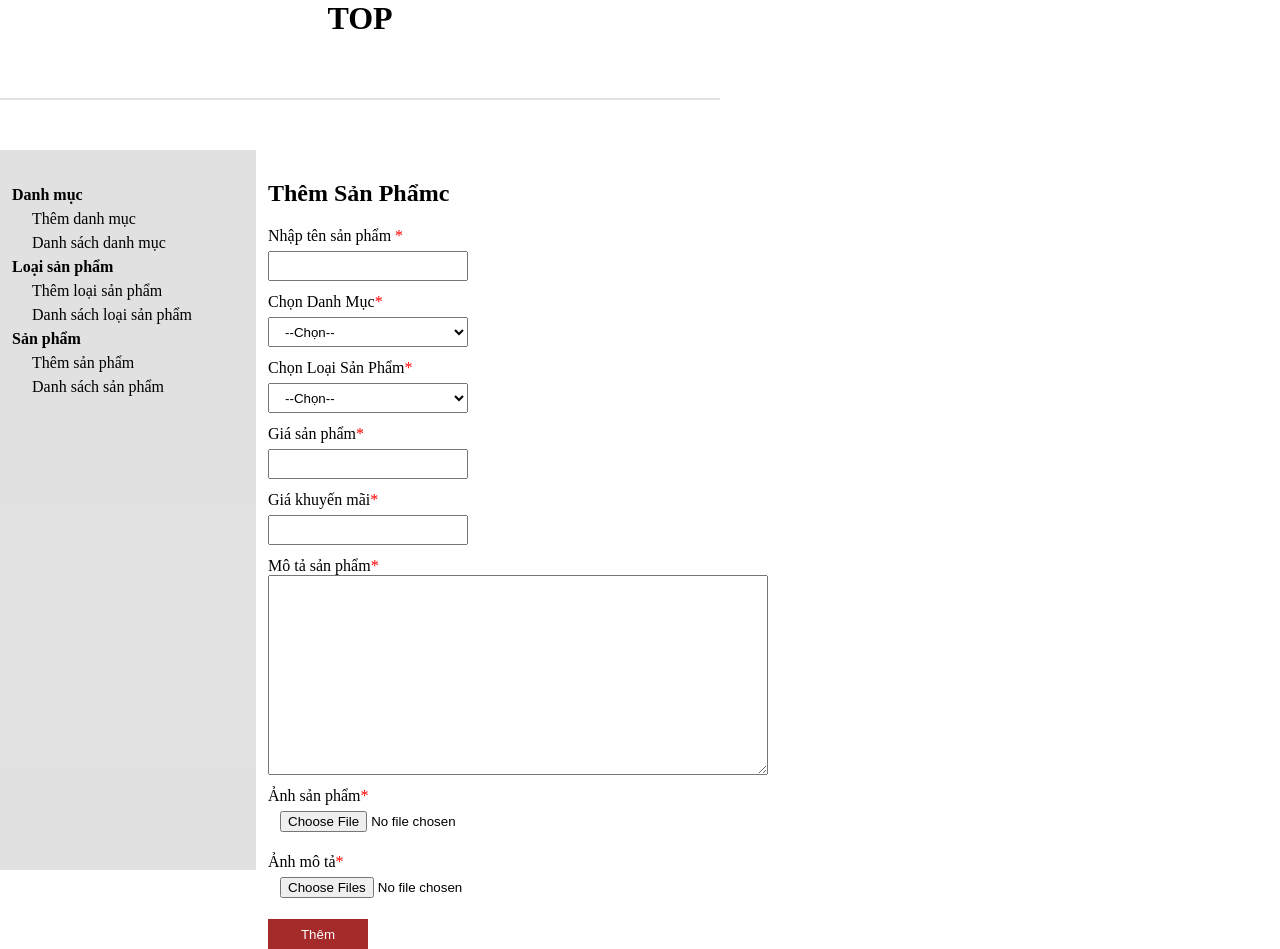
Repository: dinhvanbinh2310/ivy-moda
Page: http://localhost/Admin/productadd.php
An editor plug-in stored every save of this project. The page is shown before and after the next save, followed by the edit.
The browser window is 1280 px wide. The pictures show the whole page.
The page is run by PHP 8.4 with error messages shown; the project is at /var/www/html/. Queries for data that is not in the repository find no rows.

Above is the page before, as saved 2022-07-06 21:44:16.

After the next save:
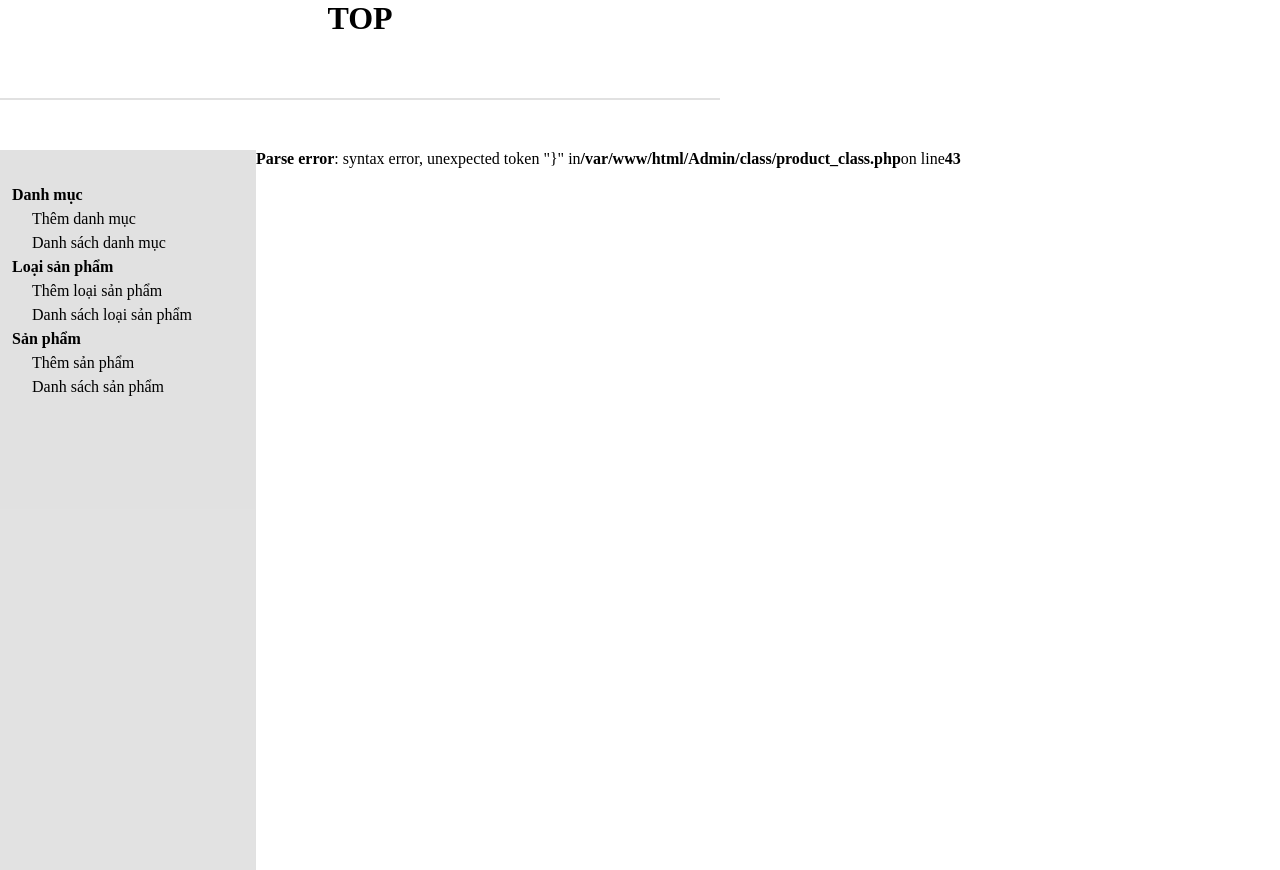
Saved 10 min 22 s later.
--- a/Admin/class/product_class.php
+++ b/Admin/class/product_class.php
@@ -38,6 +38,9 @@ class product{
         '$product_desc',
         '$product_img')";
     $result = $this->db->insert($query);
+    if($result){
+      $query ="SELECT *FROM tbl_product ORDER BY product_id DESC LIMIT 1"
+    }
     /* header('Location:brandlist.php'); */
     return $result;
   }
